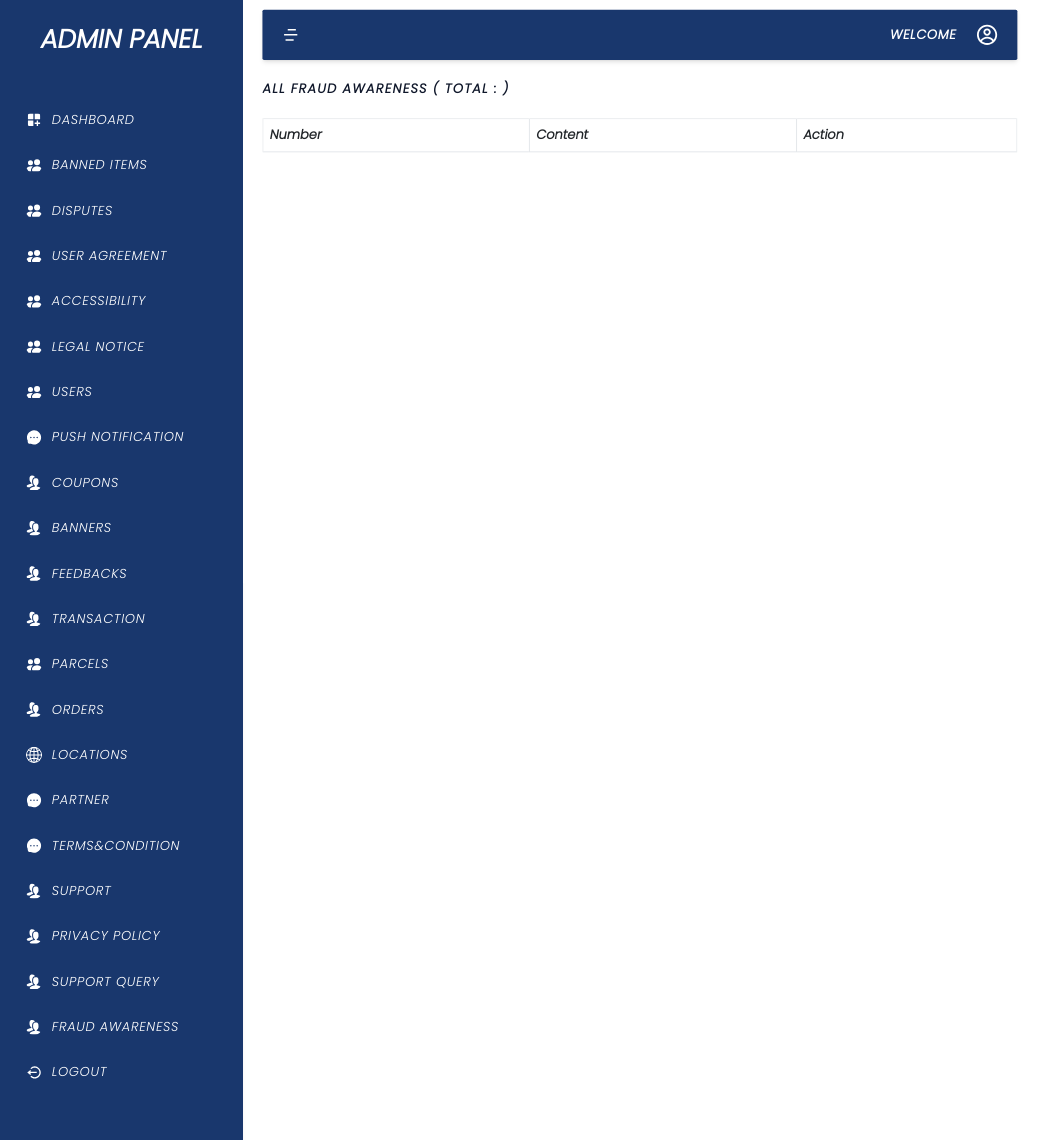
Repository: FlyweisReact/sarita
Page: /fraudAwareness
An editor plug-in stored every save of this project. The page is shown before and after the next save, followed by the edit.
The browser window is 1280 px wide. The pictures show the whole page, at 81% of full size.
The page's requests for data from a server got no answer. Some web libraries are served in a nearby version. The project was rebuilt for these pictures with package versions that can differ from the ones it lists, and the page was loaded fresh each time. No one was signed in, and anything a server would have sent is missing. Also part of the build but not shown: src/vendorPanel/forms/VendorLogin.jsx, src/vendorPanel/pages/AdminDiscount.js, src/vendorPanel/pages/AdminReview.js, src/vendorPanel/pages/Astrologers.js, src/vendorPanel/pages/Banners.js, src/vendorPanel/pages/Booking.js, src/vendorPanel/pages/Horoscope.js, src/vendorPanel/pages/Kundli.js and 15 more.

Above is the page before, as saved 2023-04-20 12:23:09.

### public/index.html
<!-- @format -->

<!DOCTYPE html>
<html lang="en">
  <head>
    <meta charset="utf-8" />
    <meta name="viewport" content="width=device-width, initial-scale=1" />
    <meta name="theme-color" content="#000000" />
    <meta
      name="description"
      content="Web site created using create-react-app"
    />
    <link rel="apple-touch-icon" href="%PUBLIC_URL%/favicon.ico?v=2" />
    <link rel="manifest" href="%PUBLIC_URL%/manifest.json" />
    <link rel="preconnect" href="https://fonts.googleapis.com">
<link rel="preconnect" href="https://fonts.gstatic.com" crossorigin>
<link href="https://fonts.googleapis.com/css2?family=Roboto+Mono:ital,wght@1,300&display=swap" rel="stylesheet">
    <title>Ship24*7</title>
  </head>
  <body>
    <noscript>You need to enable JavaScript to run this app.</noscript>
    <div id="root"></div>
    <script src="https://code.jquery.com/jquery-3.6.0.min.js"></script>
    <script src="https://kit.fontawesome.com/b533b351e4.js" crossorigin="anonymous"></script>
  </body>
</html>

### src/index.js
import React from "react";
import ReactDOM from "react-dom/client";
import "./index.css";
import App from "./App";
import { BrowserRouter } from "react-router-dom";
import 'bootstrap/dist/css/bootstrap.min.css'

const root = ReactDOM.createRoot(document.getElementById("root"));
root.render(
  <React.StrictMode>
    <BrowserRouter>
      <App />
    </BrowserRouter>
  </React.StrictMode>
);

### src/index.css
/** @format */

@tailwind base;
@tailwind components;
@tailwind utilities;
@import url("https://fonts.googleapis.com/css2?family=Roboto+Mono:ital,wght@1,300&display=swap");
@font-face {
  font-family: Roboto;
  src: url("./Fonts/Poppins-LightItalic.ttf");
}
body {
  margin: 0;
  font-family: Roboto !important;
  -webkit-font-smoothing: antialiased;
  -moz-osx-font-smoothing: grayscale;
}

code {
  font-family: Roboto !important;
}

html {
  font-family: Roboto !important;
}

::-webkit-scrollbar {
  width: 10px;
}
.fa-trash {
  color: red;
  cursor: pointer;
}

.iCOn {

  transition: 0.5s;
  box-shadow: none;
  transform: scale(1);
}
.cardDiv{
  cursor: pointer;
}

.cardDiv:hover .iCOn{
  box-shadow: rgba(0, 0, 0, 0.35) 0px 5px 15px;
  transform: scale(1.3);
}

/* Track */
::-webkit-scrollbar-track {
  background: #f1f1f1;
}

/* Handle */
::-webkit-scrollbar-thumb {
  background: #888;
}

/* Handle on hover */
::-webkit-scrollbar-thumb:hover {
  background: #555;
}
.profileImage {
  width: 100px;
}
.fa-eye {
  color: #029aff;
  cursor: pointer;
}
.fa-edit {
  cursor: pointer;
  color: blue;
}

.View {
  border: 1px solid black;
  width: 100%;
  padding: 10px;
}

.main-card--container {
  display: grid;
  grid-template-columns: repeat(3, minmax(300px, 500px));
  grid-gap: 50px;
  justify-content: space-around;
}
.card-container {
  margin: 25px 0 auto;
  box-shadow: rgba(0, 0, 0, 0.35) 0px 5px 15px;
  position: relative;
  display: grid;
  grid-template-columns: 1fr;
  justify-content: space-around;
  align-items: flex-start;
}

.myEdit:focus {
  box-shadow: rgba(0, 0, 0, 0.35) 0px 5px 15px;
}



.AstroLogin{
  color: #fff;
  background-color: #2b7a8e;
  padding: 10px;
  width: 380px;
  text-align: center;
  font-size: 20px;
  background: linear-gradient(to left, #2b7a8e 50%, #fff 50%) right;
  background-size: 200%;
  transition: 0.5s ease-out;
  border: 1px solid #2b7a8e;
  margin-top: 10px;
  text-transform: uppercase;
}
.AstroLogin:hover {
  background-position: left;
  color: #2b7a8e;
}

.EcommerceAdminLogin{
  color: #fff;
  background-color: #19376d ;
  padding: 10px;
  width: 380px;
  text-align: center;
  font-size: 20px;
  background: linear-gradient(to left, #19376d 50%, #fff 50%) right;
  background-size: 200%;
  transition: 0.5s ease-out;
  border: 1px solid #19376d;
  margin-top: 10px;
  text-transform: uppercase;
}

.EcommerceAdminLogin:hover{
  background-position: left;
  color: #19376d;
}
.EcommerceVendorLogin{
  color: #fff;
  background-color: #576cbc;
  padding: 10px;
  width: 380px;
  text-align: center;
  font-size: 20px;
  background: linear-gradient(to left, #576cbc 50%, #fff 50%) right;
  background-size: 200%;
  transition: 0.5s ease-out;
  border: 1px solid #576cbc;
  margin-top: 10px;
  text-transform: uppercase;
}

.EcommerceVendorLogin:hover{
  background-position: left;
  color: #576cbc;
}

.view{
  background-color: #2196f3;
  color: #fff;
  width: 50%;
  padding: 5px;
}


.two-sec{
display:flex;
justify-content: space-evenly;
  justify-content: space-evenly;
}
.two-sec .left{
  width: 60%;
  background-color: #f6f1ef;
  padding: 20px;
 }
 .two-sec .left .head{
  font-size: 25px;
  font-weight: bold;
 }



.two-sec .right{
  width: 30%;
  background-color: #f6f1ef;
 }

 .searchDiv{
  width: 100%;
  display: flex;
  gap: 10px;
  border: 1px solid rgb(179, 179, 179);
  padding: 10px;
  margin-bottom: 20px;
  align-items: center;
 }
 .searchDiv input {
  width: 94%;
  outline: none;
  border: none;
 }


 li{
  list-style: disc;
 }

### src/App.js
/** @format */

import { Routes, Route } from "react-router-dom";
import { ToastContainer } from "react-toastify";
import "react-toastify/dist/ReactToastify.css";
import VendorLogin from "./vendorPanel/forms/VendorLogin";
import AdminDiscount from "./vendorPanel/pages/AdminDiscount";
import AdminReview from "./vendorPanel/pages/AdminReview";
import Astrologers from "./vendorPanel/pages/Astrologers";
import Banners from "./vendorPanel/pages/Banners";
import Booking from "./vendorPanel/pages/Booking";
import Horoscope from "./vendorPanel/pages/Horoscope";
import Kundli from "./vendorPanel/pages/Kundli";
import Message from "./vendorPanel/pages/Message";
import UploadDocs from "./vendorPanel/pages/UploadDocs";
import Users from "./vendorPanel/pages/Users";
import VendorDashboard from "./vendorPanel/pages/VendorDashboard.jsx";
import AdminUsers from "./vendorPanel/pages/AdminUsers";
import AdminBlogs from "./vendorPanel/pages/AdminBlogs";
import AdminCategory from "./vendorPanel/pages/AdminCategory";
import Support from "./vendorPanel/pages/Support";
import AdminTerms from "./vendorPanel/pages/AdminTerms";
import BannedItems from "./vendorPanel/pages/BannedItems";
import Discpute from "./vendorPanel/pages/Discpute";
import UserAgreement from "./vendorPanel/pages/UserAgreement";
import Accessebility from "./vendorPanel/pages/Accessebility";
import LegalNotice from "./vendorPanel/pages/LegalNotice";
import SupportQuery from "./vendorPanel/pages/SupportQuery";
import FraudAwareness from "./vendorPanel/pages/FraudAwareness";

function App() {
  return (
    <>
      <ToastContainer />

      <Routes>
        <Route path="/" element={<VendorLogin />} />
        <Route path="/vendorDashboard" element={<VendorDashboard />} />
        <Route path="/msg" element={<Message />} />
        <Route path="/admin/users" element={<AdminUsers />} />
        <Route path="/AdminDiscount" element={<AdminDiscount />} />
        <Route path="/Banners" element={<Banners />} />
        <Route path="/adminReviews" element={<AdminReview />} />

        <Route path="/admin/blogs" element={<AdminBlogs />} />
        <Route path="/book" element={<Booking />} />

        <Route path="/horo" element={<Horoscope />} />
        <Route path="/astro" element={<Astrologers />} />
        <Route path="/kundli" element={<Kundli />} />



        <Route path="/uploadDocs" element={<UploadDocs />} />
        <Route path="/privacy-policy" element={<Users />} />
        <Route path="/admin/category" element={<AdminCategory />} />
        <Route path="/admin/support" element={<Support />} />
        <Route path="/admin/terms" element={<AdminTerms />} />


        <Route path="/bannedItem" element={<BannedItems />} />
        <Route path="/dispute" element={<Discpute />} />
        <Route path="/userAgreement" element={<UserAgreement />} />
        <Route path="/accssebility" element={<Accessebility />} />
        <Route path="/legalNotice" element={<LegalNotice />} />


        <Route path="/supportQuery" element={<SupportQuery />} />
        <Route path="/fraudAwareness" element={<FraudAwareness />} />

      </Routes>
    </>
  );
}

export default App;

### src/vendorPanel/pages/FraudAwareness.js
import React, { useCallback, useEffect, useState } from "react";
import HOC from "../layout/HOC";
import {  Table } from "react-bootstrap";
import axios from "axios";

const FraudAwareness = () => {
    const [ data , setData] = useState([])

    const token = localStorage.getItem("token")

    const fetchData = useCallback(async() => {
      try {
        const { data } = await axios.get("http://ec2-65-1-248-95.ap-south-1.compute.amazonaws.com:7777/api/v1/admin/fraudawareness" ,{
          headers : {
            Authorization : `Bearer ${token}`
          }
        })
        setData(data)
      }catch(e) {
        console.log(e)
      }
    },[token])

    useEffect(() => {
      fetchData()
    },[fetchData])

    return (
      <>
        <section>
          <div className="pb-4 sticky top-0  w-full flex justify-between items-center bg-white">
            <span className="tracking-widest text-slate-900 font-semibold uppercase ">
              All Fraud Awareness ( Total : {data?.data?.length} )
            </span>
          </div>

          <Table striped bordered hover>
            <thead>
              <tr>
                <th>Number</th>
                <th>Content</th>
                <th>Action</th>
              </tr>
            </thead>
            <tbody>
            {data?.data?.map((i, index) => (
              <tr key={index}>
                <td>#{index + 1} </td>
                <td>{i.content?.substring(0,100) + "..."}</td>
                <td> {i.createdAt?.slice(0,10)} </td>
                <td>
                <i className="fa-solid fa-trash" />
                 </td>
              </tr>
            ))}

            </tbody>
          </Table>
        </section>
      </>
    );
  };

export default HOC(FraudAwareness)

### src/vendorPanel/layout/HOC.jsx
import React, { useState } from "react";
import Navbar from "./Navbar";
import Sidebar from "./Sidebar";

const HOC = (Wcomponenet) => {
  return function Component() {
    const [hamb, setHamb] = useState(false);
    return (
      <>
        <section className="flex overflow-x-hidden relative">
          {/* Sidebar */}
          <div
            className={
              hamb
                ? " absolute top-0 z-30 md:w-auto shadow-md bg-slate-200  w-60 transition-all md:-left-full left duration-150  h-auto overflow-y-auto  left-0 "
                : " md:w-72 z-30 bg-slate-200  shadow-md  md:static absolute top-0 -left-full   transition-all duration-150  overflow-y-auto h-auto"
            }
            style={{minWidth : '300px'}}
          >
            <Sidebar hamb={hamb} setHamb={setHamb} />
          </div>
          {/* Components & Navbar */}
          <div
            className={
              hamb
                ? " transition-all px-4 py-2  bg-white duration-150 w-full h-screen"
                : " w-full h-screen  px-4 py-2  bg-white z-50 transition-all duration-150 "
            }
          >
            <Navbar hamb={hamb} setHamb={setHamb} />
            <div className="my-6 text-#000 h-[87%] wcomp overflow-y-auto">
              <Wcomponenet />
            </div>
          </div>
        </section>
      </>
    );
  };
};

export default HOC;

### src/vendorPanel/layout/Navbar.jsx
/** @format */

import { RiMenu4Line } from "react-icons/ri";
import { CgProfile } from "react-icons/cg";
import Form from "react-bootstrap/Form";
import { useState } from "react";
import Button from "react-bootstrap/Button";
import Modal from "react-bootstrap/Modal";
import Container from "react-bootstrap/Container";

function MyVerticallyCenteredModal(props) {
  return (
    <Modal
      {...props}
      size="lg"
      aria-labelledby="contained-modal-title-vcenter"
      centered
    >
      <Modal.Header closeButton>
        <Modal.Title id="contained-modal-title-vcenter">
          Edit Profile
        </Modal.Title>
      </Modal.Header>
      <Modal.Body>
        <Container style={{ width: "600px" }}>
          <Form>
            <Form.Group className="mb-3" controlId="formBasicEmail">
              <Form.Label>Name</Form.Label>
              <Form.Control type="text" placeholder="Admin" />
            </Form.Group>
            <Form.Group className="mb-3" controlId="formBasicPassword">
              <Form.Label>Email Address</Form.Label>
              <Form.Control type="email" placeholder="admin@gmail.com" />
            </Form.Group>
            <Form.Group className="mb-3" controlId="formBasicPassword">
              <Form.Label>Password</Form.Label>
              <Form.Control type="password" placeholder="Password" />
            </Form.Group>
            <Button
              style={{ backgroundColor: "#19376d", borderRadius: "0" }}
              type="submit"
            >
              Edit
            </Button>
          </Form>
        </Container>
      </Modal.Body>
    </Modal>
  );
}

const Navbar = ({ hamb, setHamb }) => {
  const [modalShow, setModalShow] = useState(false);

  return (
    <>
      <MyVerticallyCenteredModal
        show={modalShow}
        onHide={() => setModalShow(false)}
      />

      <div
        className={
          hamb
            ? "flex  w-full justify-between  my-1 rounded-sm  p-4 py-3 shadow-md items-center  bg-slate-200 space-x-4"
            : "flex  w-full justify-between my-1 rounded-sm  p-4 py-3 shadow-md items-center  bg-slate-200 space-x-4"
        }
        style={{ backgroundColor: "#19376d" }}
      >
        <RiMenu4Line
          onClick={() => setHamb(!hamb)}
          className="text-2xl font-bold text-gray-900 hover:scale-90 cursor-pointer"
          style={{ color: "#fff" }}
        />

        <section className="flex sm:ml-auto justify-end sm:w-full items-center space-x-2  pr-2">
          <figcaption className="tracking-wider pl-1 font-semibold">
            <div
              className="lg:text-base text-sm text-gray-900  uppercase"
              style={{ color: "#fff" }}
            >
              Welcome
            </div>
          </figcaption>
        </section>

        <CgProfile
          onClick={() => setModalShow(true)}
          className="text-2xl sm:text-3xl font-bold text-[rgb(241,146,46)] cursor-pointer"
          style={{ color: "#fff" }}
        />
      </div>
    </>
  );
};

export default Navbar;

### src/vendorPanel/layout/Sidebar.jsx
/** @format */

import React from "react";
import { RiCloseLine } from "react-icons/ri";
import { Link, useNavigate } from "react-router-dom";
import { BsFillPeopleFill } from "react-icons/bs";
import { ImUsers } from "react-icons/im";
import { BiLogOutCircle } from "react-icons/bi";
import { MdDashboardCustomize } from "react-icons/md";
import { BsGlobe2 } from "react-icons/bs";
import { AiFillMessage } from "react-icons/ai";

const Sidebar = ({ hamb, setHamb }) => {
  const navigate = useNavigate();

  const nav = [
    {
      icon: <MdDashboardCustomize className="text-xl mr-3 rounded-full " />,
      link: "/vendorDashboard",
      name: "DASHBOARD",
    },
    {
      icon: <BsFillPeopleFill className="text-xl mr-3 rounded-full " />,
      link: "/bannedItem",
      name: "Banned Items",
    },

    {
      icon: <BsFillPeopleFill className="text-xl mr-3 rounded-full " />,
      link: "/dispute",
      name: "Disputes",
    },
    {
      icon: <BsFillPeopleFill className="text-xl mr-3 rounded-full " />,
      link: "/userAgreement",
      name: "User Agreement",
    },
    {
      icon: <BsFillPeopleFill className="text-xl mr-3 rounded-full " />,
      link: "/accssebility",
      name: "Accessibility",
    },
    {
      icon: <BsFillPeopleFill className="text-xl mr-3 rounded-full " />,
      link: "/legalNotice",
      name: "Legal Notice",
    },

    {
      icon: <BsFillPeopleFill className="text-xl mr-3 rounded-full " />,
      link: "/admin/users",
      name: "USERS",
    },

    {
      icon: <AiFillMessage className="text-xl mr-3 rounded-full " />,
      link: "/msg",
      name: "Push NOTIFICATION",
    },
    {
      icon: <ImUsers className="text-xl mr-3 rounded-full " />,
      link: "/AdminDiscount",
      name: "COUPONS",
    },
    {
      icon: <ImUsers className="text-xl mr-3 rounded-full " />,
      link: "/Banners",
      name: "BANNERS",
    },
    {
      icon: <ImUsers className="text-xl mr-3 rounded-full " />,
      link: "/adminReviews",
      name: "FEEDBACKS",
    },
    {
      icon: <ImUsers className="text-xl mr-3 rounded-full " />,
      link: "/admin/blogs",
      name: "Transaction",
    },
    {
      icon: <BsFillPeopleFill className="text-xl mr-3 rounded-full " />,
      link: "/astro",
      name: "Parcels",
    },

    {
      icon: <ImUsers className="text-xl mr-3 rounded-full " />,
      link: "/book",
      name: "Orders",
    },

    {
      icon: <BsGlobe2 className="text-xl mr-3 rounded-full " />,
      link: "/horo",
      name: "Locations",
    },
    {
      icon: <AiFillMessage className="text-xl mr-3 rounded-full " />,
      link: "/kundli",
      name: "Partner",
    },

    {
      icon: <AiFillMessage className="text-xl mr-3 rounded-full " />,
      link: "/admin/terms",
      name: "TERMS&CONDITION",
    },
    {
      icon: <ImUsers className="text-xl mr-3 rounded-full " />,
      link: "/admin/support",
      name: "SUPPORT",
    },
    {
      icon: <ImUsers className="text-xl mr-3 rounded-full " />,
      link: "/privacy-policy",
      name: "PRIVACY POLICY",
    },
    {
      icon: <ImUsers className="text-xl mr-3 rounded-full " />,
      link: "/supportQuery",
      name: "support query",
    },
    {
      icon: <ImUsers className="text-xl mr-3 rounded-full " />,
      link: "/fraudAwareness",
      name: "Fraud Awareness",
    },
  ];

  const logOut = () => {
    navigate("/");
  };

  return (
    <>
      <aside
        className="p-4 h-auto"
        style={{ backgroundColor: "#19376d", minHeight: "100vh" }}
      >
        {/* Top */}
        <div className="w-full md:hidden relative  p-2 mb-4">
          <RiCloseLine
            onClick={() => setHamb(!hamb)}
            className="text-3xl  absolute top-2 sm:hover:rotate-[228deg] transition-transform font-bold right-2 sm:hover:text-[22px] text-[rgb(241,146,46)] cursor-pointer"
          />
        </div>{" "}
        <figure className="flex  flex-col items-center">
          <span
            className="font-bold text-[#fff]"
            style={{ fontSize: "2rem", textAlign: "center" }}
          >
            ADMIN PANEL
          </span>
        </figure>
        <nav className="py-6">
          {nav.map((nav) => {
            return (
              <Link
                to={nav.link}
                key={nav.name}
                className=""
                style={{ textDecoration: "none", textTransform: "uppercase" }}
              >
                <span
                  className="flex my-3 items-center cursor-pointer text-gray-900    tracking-wider p-2 rounded-sm"
                  style={{ color: "#fff" }}
                >
                  {nav.icon} {nav.name}
                </span>
              </Link>
            );
          })}

          <span
            className="flex my-3 items-center cursor-pointer text-gray-900    tracking-wider p-2 rounded-sm"
            onClick={() => logOut()}
            style={{ color: "#fff", textTransform: "uppercase" }}
          >
            <BiLogOutCircle className="text-xl mr-3 rounded-full " /> LogOut
          </span>
        </nav>
      </aside>
    </>
  );
};

export default Sidebar;

Loaded but not shown: tailwind.config.js (common file)

After the next save:
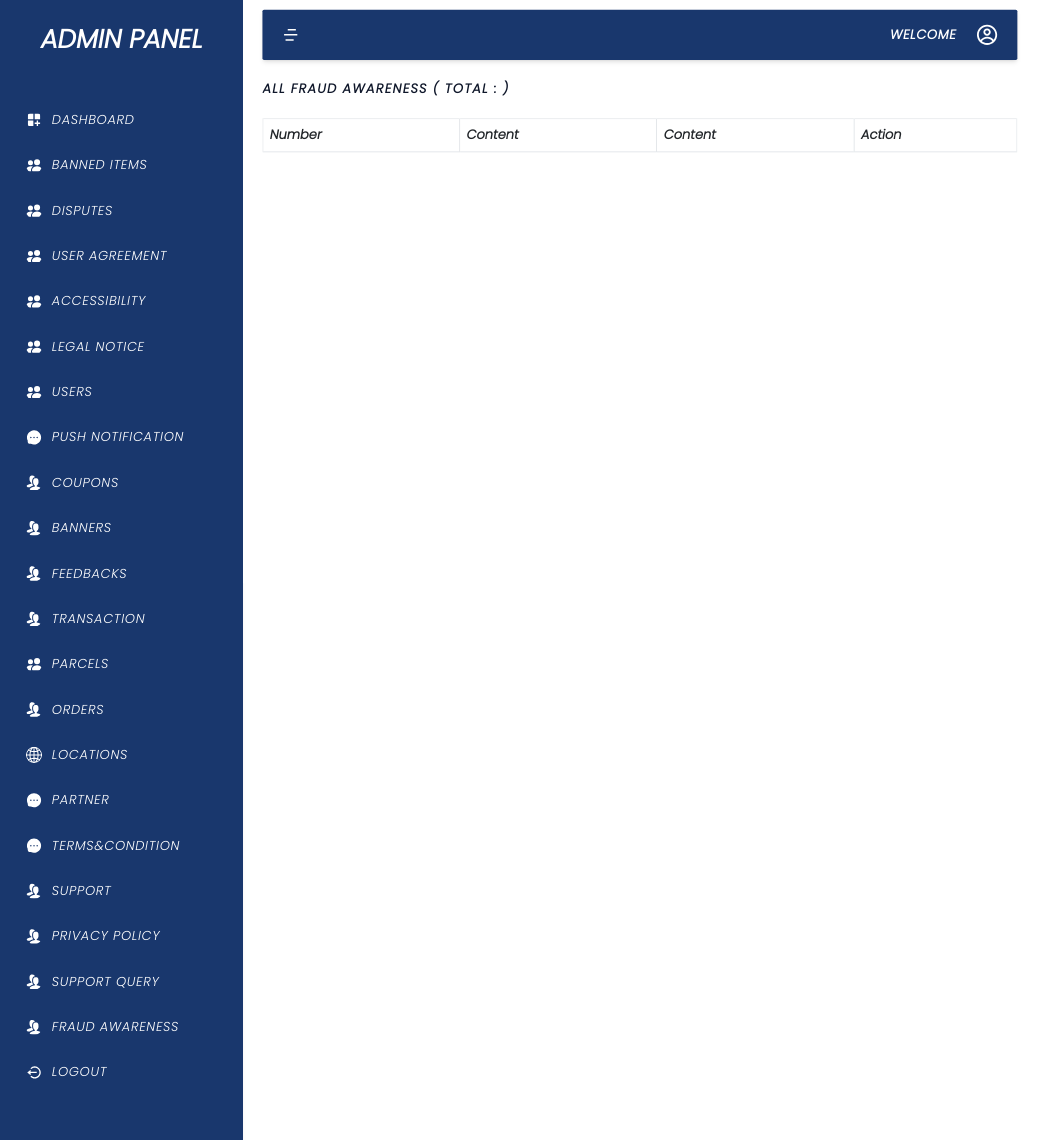
Saved 23 s later.
--- a/src/vendorPanel/pages/FraudAwareness.js
+++ b/src/vendorPanel/pages/FraudAwareness.js
@@ -39,6 +39,7 @@ const FraudAwareness = () => {
               <tr>
                 <th>Number</th>
                 <th>Content</th>
+                <th>Content</th>
                 <th>Action</th>
               </tr>
             </thead>
